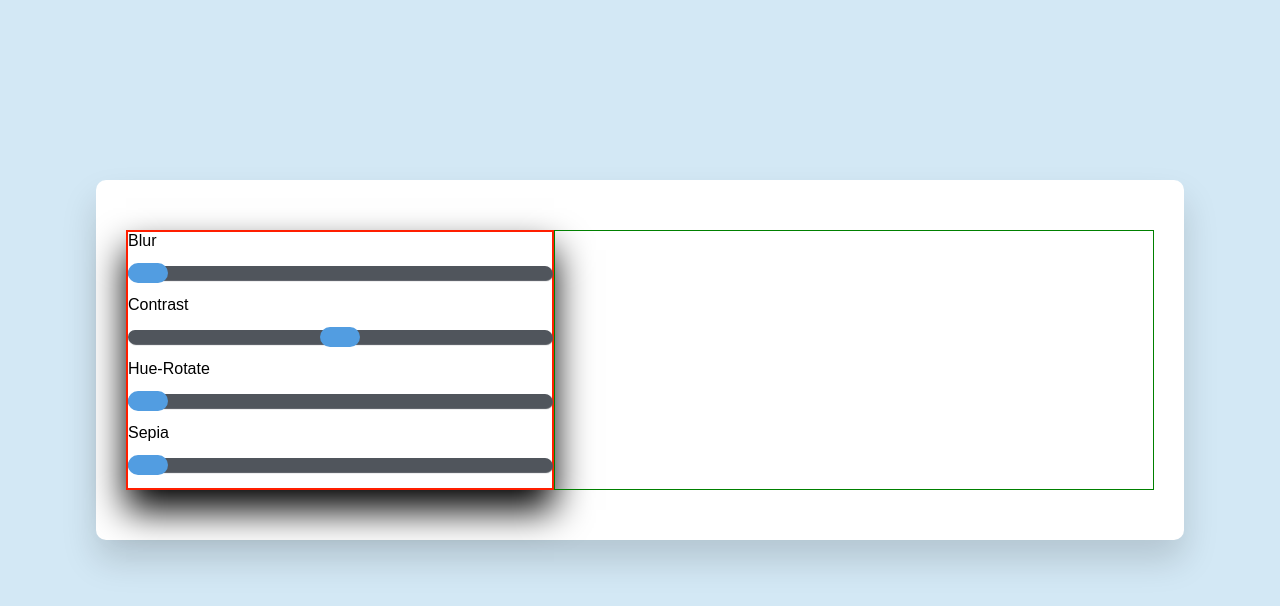
Repository: Larrowo/Challenges
Page: Photo filter/index.html
An editor plug-in stored every save of this project. The page is shown before and after the next save, followed by the edit.
The browser window is 1280 px wide. The pictures show the whole page.

Above is the page before, as saved 2022-04-01 12:30:09.

After the next save:
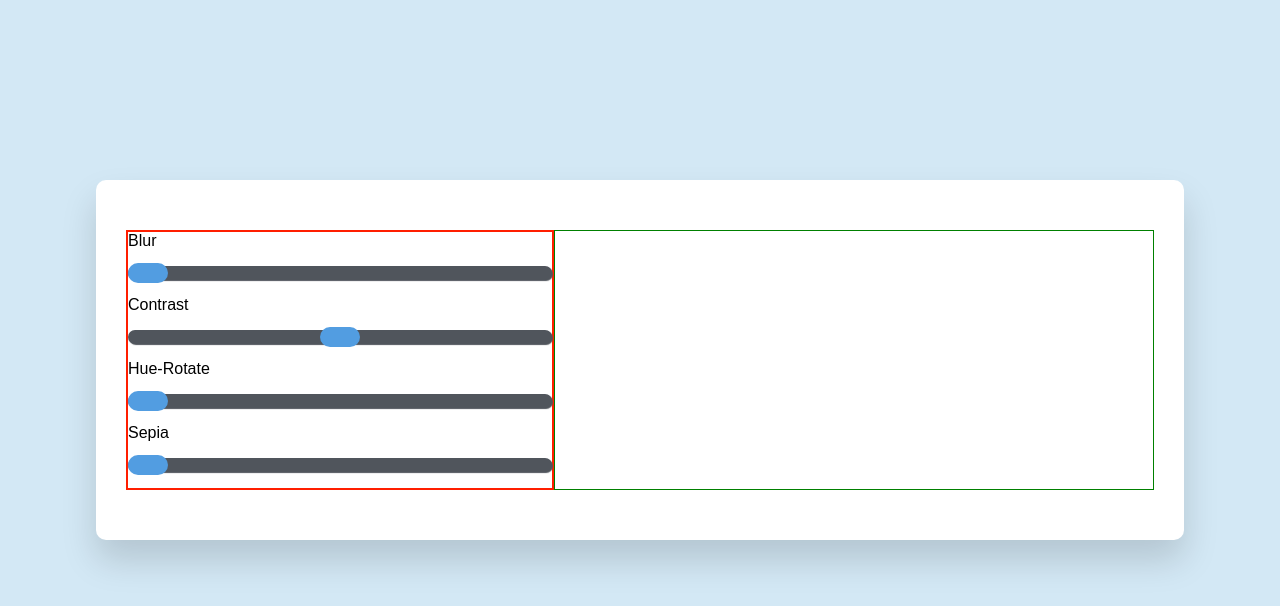
Saved 9 s later.
--- a/Photo filter/style.css
+++ b/Photo filter/style.css
@@ -25,7 +25,7 @@ body{
 
  .editor{
      border: 2px solid rgb(255, 30, 0);
-     box-shadow: 0 20px 35px;
+     border-shadow: 0 20px 35px;
      min-height: 35vmin;
      display: flex;
      flex-direction: column;
